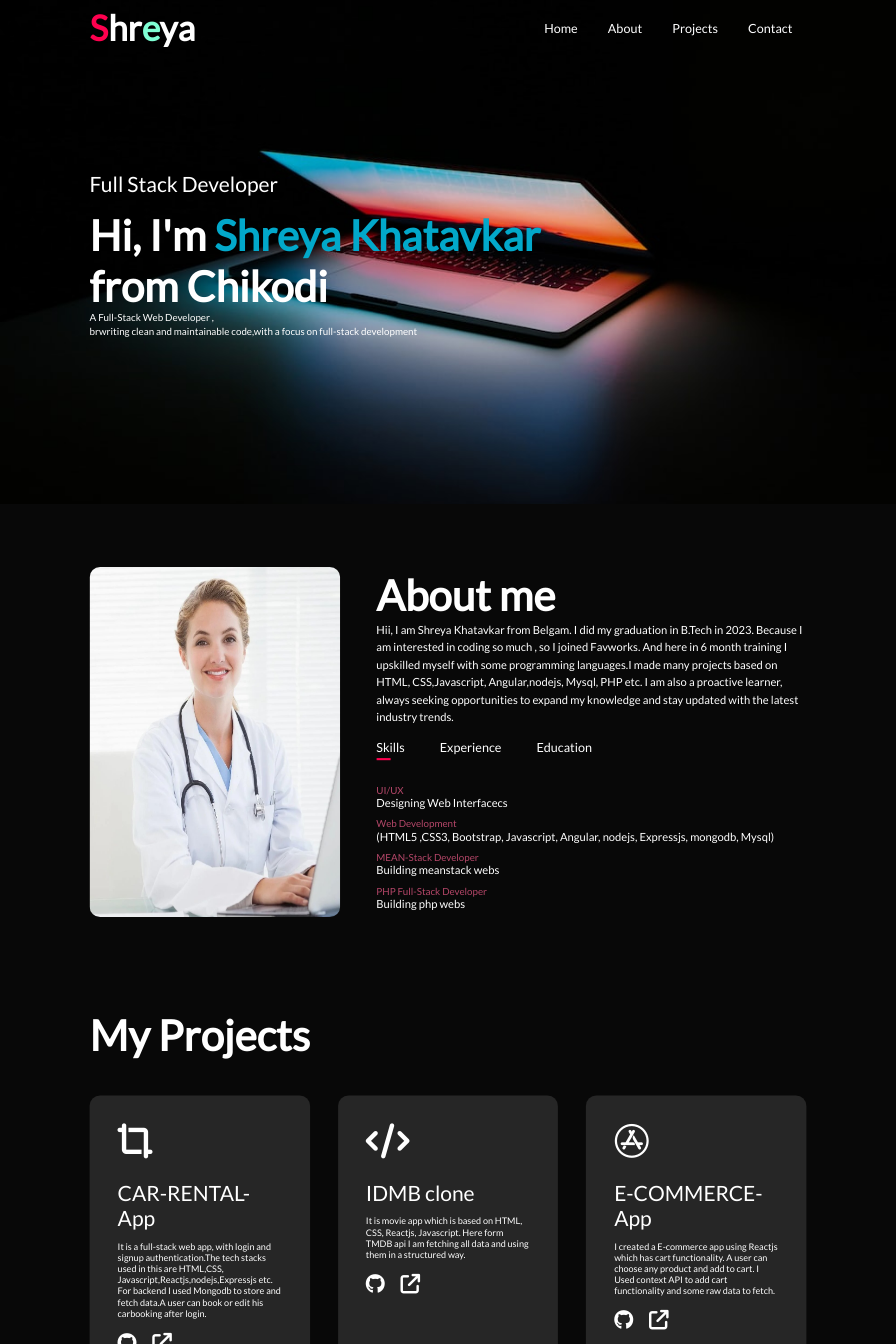
Repository: Shreya-0107/My-Portfoilo
Page: index.html
The author's editor kept a copy of each file at every save. The page is drawn from the files as they stood at one save, then again after the next save.
The browser window is 1280 px wide. The pictures show the part of the page from y = 0 to 1920 px (the page is 3302 px tall), at 70% of full size.
Some web libraries are served in a nearby version.

Above is the page before, as saved 2024-05-03 13:08:48.

### index.html
<!DOCTYPE html>
<html lang="en">

<head>
    <meta charset="UTF-8" />
    <meta name="viewport" content="width=device-width, initial-scale=1.0" />
    <title>My Portfolio</title>
    <link rel="stylesheet" href="style.css" />
    <script src="https://kit.fontawesome.com/2d98b2752b.js" crossorigin="anonymous"></script>
</head>

<body>
    <!-- --------------header------------ -->
    <div id="header">
        <div class="container">
            <nav>
                <h1><span>S</span>hr<span style="color: aquamarine;">e</span>ya</h2>
                    <ul id="sideMenu">
                        <li><a href="#header">Home</a></li>
                        <li><a href="#about">About</a></li>
                        <li><a href="#services">Projects</a></li>
                        <li><a href="#contact">Contact</a></li>
                        <i class="fa-solid fa-circle-xmark" onclick="closeMenu()"></i>
                    </ul>
                    <i class="fa-solid fa-bars" onclick="openMenu()"></i>
            </nav>
            <div class="header-text">
                <p>Full Stack Developer</p>
                <h1>
                    Hi, I'm <span>Shreya Khatavkar</span><br />
                     from Chikodi
                </h1>
                <p style="font-size: 14px; line-height: 20px;">
                    A Full-Stack Web Developer , <br /> brwriting clean and maintainable
                    code,with a focus on full-stack development
                </p>
            </div>
        </div>
    </div>

    <!-- --------------about------------ -->
    <div id="about">
        <div class="container">
            <div class="row">
                <div class="about-col-1">
                    <img src="images/profile.jpg" alt="" />
                </div>
                <div class="about-col-2">
                    <h1 class="subtitle">About me</h1>
                    <p style="line-height: 25px;">
                        Hii, I am Shreya Khatavkar from Belgam. I did my graduation in B.Tech
                        in 2023. Because I am interested in coding so much , so I joined
                        Favworks. And here in 6 month training I upskilled myself with
                        some programming languages.I made many projects based on HTML,
                        CSS,Javascript, Angular,nodejs, Mysql, PHP etc. I am also a proactive learner,
                        always seeking opportunities to expand my knowledge and stay
                        updated with the latest industry trends.
                    </p>

                    <div class="tab-titles">
                        <p class="tab-links active-link" onclick="opentab('skills')">
                            Skills
                        </p>
                        <p class="tab-links" onclick="opentab('Experience')">
                            Experience
                        </p>
                        <p class="tab-links" onclick="opentab('Education')">Education</p>
                    </div>

                    <div class="tab-contents active-tab" id="skills">
                        <ul>
                            <li><span>UI/UX</span><br />Designing Web Interfacecs</li>
                            <li>
                                <span>Web Development</span><br />
                                (HTML5 ,CSS3, Bootstrap, Javascript, Angular, nodejs, Expressjs,
                                mongodb, Mysql)
                            </li>
                            <li>
                                <span>MEAN-Stack Developer</span><br />Building meanstack webs
                            </li>
                            <li>
                                <span>PHP Full-Stack Developer</span><br />Building php webs
                            </li>
                        </ul>
                    </div>
                    <div class="tab-contents" id="Experience">
                        <ul>
                            <li>
                                <span>MEAN Trainee</span><br />
                                Favworks
                            </li>
                            <li><span>0 Experience</span><br />I am a Fresher</li>
                        </ul>
                    </div>
                    <div class="tab-contents" id="Education">
                        <ul>
                            <li>
                                <span>2023-2024</span><br />Web Development at Favworks
                            </li>
                            <li>
                                <span>2019-2022</span><br />B.Tech. from Lorem ipsum dolor sit amet.
                                with 80%
                            </li>
                            <li>
                                <span>2019</span><br />
                                Passed Intermediate exams with 92%
                            </li>
                        </ul>
                    </div>
                </div>
            </div>
        </div>
    </div>

    <!-- -------------------services-------------- -->
    <div id="services">
        <div class="container">
            <h1 class="subtitle">My Projects</h1>
            <div class="services-list">
                <div>
                    <i class="fa-solid fa-crop-simple"></i>
                    <h2>CAR-RENTAL-App</h2>
                    <p>
                        It is a full-stack web app, with login and signup
                        authentication.The tech stacks used in this are HTML,CSS,
                        Javascript,Reactjs,nodejs,Expressjs etc. For backend I used
                        Mongodb to store and fetch data.A user can book or edit his
                        carbooking after login.
                    </p>
                    <a href="/" target="_blank"><i class="fa-brands fa-github"></i></a>
                    <a href="/" target="_blank"><i class="fa-solid fa-arrow-up-right-from-square"></i></a>
                </div>
                <div>
                    <i class="fa-solid fa-code"></i>
                    <h2>IDMB clone</h2>
                    <p>
                        It is movie app which is based on HTML, CSS, Reactjs, Javascript.
                        Here form TMDB api I am fetching all data and using them in a
                        structured way.
                    </p>
                    <a href="/" target="_blank"><i class="fa-brands fa-github"></i></a>
                    <a href="/" target="_blank"><i class="fa-solid fa-arrow-up-right-from-square"></i></a>
                </div>

                <div>
                    <i class="fa-brands fa-app-store"></i>
                    <h2>E-COMMERCE-App</h2>
                    <p>
                        I created a E-commerce app using Reactjs which has cart
                        functionality. A user can choose any product and add to cart. I
                        Used context API to add cart functionality and some raw data to
                        fetch.
                    </p>
                    <a href="/" target="_blank"><i class="fa-brands fa-github"></i></a>
                    <a href="/" target="_blank"><i class="fa-solid fa-arrow-up-right-from-square"></i></a>
                </div>
            </div>
        </div>
    </div>

    <!-- ------------------Portfolio------------------ -->
    <div id="portfolio">
        <div class="container">
            <h1 class="subtitle">Other Projects</h1>
            <div class="worklist">
                <div class="work">
                    <img src="images/work-1.png" alt="" />
                    <div class="layer">
                        <h3>Online Food app</h3>
                        <p>
                            It is a simple HTML CSS Project. I just made UI for this.
                        </p>
                        <a href="/"><i class="fa-brands fa-github"></i></a>
                    </div>
                </div>
                <div class="work">
                    <img src="images/work-2.png" alt="" />
                    <div class="layer">
                        <h3>Image-Search-app</h3>
                        <p>
                            In this app I used Reactjs. Using useEffect and fetch api We can search and see any image.
                        </p>
                        <a href="/"><i class="fa-brands fa-github"></i></a>
                    </div>
                </div>
                <div class="work">
                    <img src="images/work-3.png" alt="" />
                    <div class="layer">
                        <h3>Spotify clone</h3>
                        <p>
                            It is a Spotify clone. Here I used HTML, CSS and Javascript with previous and next
                            functionality. we can play any music.
                        </p>
                        <a href="/"><i class="fa-brands fa-github"></i>
                        </a>
                    </div>
                </div>
            </div>
            <a href="#" class="btn">See more</a>
        </div>
    </div>

    <!-- ------------------contact--------------------- -->
    <div id="contact">
        <div class="container">
            <div class="row">
                <div class="contact-left">
                    <h1 class="subtitle">Contact Me</h1>
                    <p>
                        <i class="fa-solid fa-envelope"></i> &nbsp;
                        &nbsp;khatavkarshreya147@gmail.com
                    </p>
                    <p>
                        <i class="fa-solid fa-square-phone"></i> &nbsp; &nbsp; +91 - 9980466144
                    </p>
                    <div class="social-icons">
                        <a href="/" target="_blank"><i class="fa-brands fa-facebook"></i></a>
                        <a href="/" target="_blank"><i class="fa-brands fa-github"></i></a>
                        <a href="/" target="_blank"><i class="fa-brands fa-instagram"></i></a>
                        <a href="/" target="_blank"><i class="fa-brands fa-linkedin-in"></i></a>
                    </div>
                    <a href="images/Parul_V1.pdf" download class="btn btn2">Download CV</a>
                </div>
                <div class="contact-right">
                    <form name="submit-to-google-sheet">
                        <input type="text" name="name" placeholder="Your Name" required />
                        <input type="email" name="email" placeholder="Your Email Id" required />
                        <textarea name="message" rows="6" placeholder="Your message"></textarea>
                        <button type="submit" class="btn btn2">Submit</button>
                    </form>
                    <span id="msg"></span>
                </div>
            </div>
        </div>
    </div>

    <script src="script.js"></script>
</body>

</html>

### style.css
@import url("https://fonts.googleapis.com/css2?family=Lato&display=swap");
* {
  padding: 0;
  margin: 0;
  box-sizing: border-box;
}
html {
  scroll-behavior: smooth;
}
body {
  background-color: #080808;
  color: #fff;
  font-family: "Lato", sans-serif;
}
#header {
  width: 100%;
  height: 100vh;
  background-image: url(images/bg.jpg);
  background-size: cover;
  background-position: center;
}
.container {
  padding: 10px 10%;
}
nav {
  display: flex;
  justify-content: space-between;
  align-items: center;
  flex-wrap: wrap;
}
nav h1 {
  font-size: 50px;
}
nav h1 span {
  color: #ff004f;
}
nav ul li {
  display: inline-block;
  list-style: none;
  margin: 10px 20px;
}
nav ul li a {
  text-decoration: none;
  color: white;
  font-size: 18px;
  position: relative;
}
nav ul li a::after {
  content: "";
  width: 0;
  height: 3px;
  position: absolute;
  left: 0;
  bottom: -6px;
  background: #ff004f;
  transition: 0.5s;
}
nav ul li a:hover::after {
  width: 100%;
}
.header-text {
  font-size: 30px;
  margin-top: 17%;
}
.header-text h1 {
  font-size: 60px;
  margin-top: 20px;
}
.header-text h1 span {
  color: #02A8CA;
}

/* ---------------about-------------- */
#about {
  padding: 80px 0;
}
.row {
  display: flex;
  justify-content: space-between;
  align-items: center;
}
.about-col-1 {
  flex-basis: 35%; /*width*/
}
.about-col-1 img {
  width: 100%;
  border-radius: 15px;
  height: 500px;
}
.about-col-2 {
  flex-basis: 60%; /* total 95% means 5% for space btw them*/
}
.subtitle {
  font-size: 60px;
  color: white;
  font-weight: 600;
}

.tab-titles {
  display: flex;
  margin: 20px 0px 40px;
}
.tab-links {
  margin-right: 50px;
  font-size: 18px;
  font-weight: 500;
  cursor: pointer;
  position: relative;
}
.tab-links::after {
  content: "";
  width: 0;
  height: 3px;
  position: absolute;
  background: #ff004f;
  left: 0;
  bottom: -8px;
  transition: 0.5s;
}
.tab-links.active-link::after {
  width: 50%;
}
.tab-contents ul li {
  list-style: none;
  margin: 10px 0;
}
.tab-contents ul li span {
  color: #b54769;
  font-size: 14px;
}
.tab-contents {
  display: none;
}

.tab-contents.active-tab {
  display: block;
}

/* -------------Services--------------- */
#services {
  padding: 30px 0;
}
.services-list {
  display: grid;
  grid-template-columns: repeat(auto-fit, minmax(250px, 1fr));
  grid-gap: 40px;
  margin-top: 50px;
}
.services-list div {
  padding: 40px;
  background-color: #262626;
  font-size: 13px;
  font-weight: 300;
  border-radius: 15px;
  transition: background 0.5s, transform 0.5s;
}
.services-list div i {
  font-size: 50px;
  margin-bottom: 30px;
}
.services-list div h2 {
  font-size: 30px;
  font-weight: 500;
  margin-bottom: 15px;
}
.services-list div a {
  text-decoration: none;
  color: white;
  font-size: 8px;
  margin-top: 20px;
  margin-right: 20px;
  display: inline-block;
}

.services-list div:hover {
  background: #ff004f;
  transform: translateY(-10px);
}
.services-list div a i {
  font-size: 28px;
}
/* -----------------Portfolio----------------- */
#portfolio {
  padding: 50px 0;
}
.worklist {
  display: grid;
  grid-template-columns: repeat(auto-fit, minmax(250px, 1fr));
  grid-gap: 40px;
  margin-top: 50px;
}
.work {
  position: relative;
  overflow: hidden;
  border-radius: 10px;
}
.work img {
  width: 100%;
  border-radius: 10px;
  display: block;
  transition: transform 0.5s;
}
.layer {
  height: 0;
  width: 100%;
  background: linear-gradient(rgb(0, 0, 0, 0.6), #ff004f);
  border-radius: 10px;
  position: absolute;
  left: 0;
  bottom: 0;
  overflow: hidden;
  display: flex;
  align-items: center;
  justify-content: center;
  flex-direction: column;
  padding: 0 40px;
  text-align: center;
  font-size: 14px;
  transition: height 0.5s;
}
.layer h3 {
  font-weight: 500;
  margin-bottom: 20px;
}
.layer a {
  margin-top: 20px;
  color: #ff004f;
  font-size: 18px;
  line-height: 60px;
  text-decoration: none;
  background-color: #fff;
  width: 60px;
  height: 60px;
  border-radius: 50%;
  text-align: center;
}
.work:hover img {
  transform: scale(1.1);
}
.work:hover .layer {
  height: 100%;
}
.btn {
  display: block;
  margin: 50px auto;
  padding: 14px 50px;
  width: fit-content;
  border: 1px solid #ff004f;
  border-radius: 6px;
  color: white;
  text-decoration: none;
  transition: background 0.5s;
}
.btn:hover {
  background-color: #ff004f;
}

/* ----------------contact------------- */

.contact-left {
  flex-basis: 35%;
}

.contact-right {
  flex-basis: 50%;
}
.contact-left p {
  margin-top: 30px;
}
.contact-left p i {
  font-size: 20px;
  color: #ff004f;
  margin-right: 10px;
}
.social-icons {
  margin-top: 30px;
  display: flex;
  gap: 20px;
}
.social-icons a {
  text-decoration: none;
  color: #ababab;
  margin-right: 15px;
  font-size: 25px;
  transition: transform 0.5s;
}
.social-icons a:hover {
  color: #ff004f;
  transform: translateY(-5px);
}
.btn.btn2 {
  display: inline-block;
  background: #ff004f;
  width: 100%;
}
.contact-right form {
  width: 100%;
}
.contact-right input,
form textarea {
  width: 100%;
  border: 0;
  outline: none;
  background: #262626;
  padding: 15px;
  margin: 15px 0;
  color: white;
  font-size: 18px;
  border-radius: 6px;
}
form .btn2 {
  padding: 14px 60px;
  margin-top: 20px;
  font-size: 18px;
  cursor: pointer;
}

/* ----------------css for small screens--------------- */
nav .fa-circle-xmark {
  display: none;
}
nav .fa-bars {
  display: none;
}

@media only screen and (max-width: 600px) {
  #header {
    background-image: url(images/phone-background.png);
  }
  .header-text {
    margin-top: 100%;
    font-size: 18px;
  }
  .header-text h1 {
    font-size: 30px;
  }
  nav .fa-circle-xmark {
    display: block;
    font-size: 25px;
  }
  nav .fa-bars {
    display: block;
    font-size: 25px;
  }
  nav ul {
    position: fixed;
    background: #ff004f;
    top: 0;
    right: -200px;
    height: 100vh;
    width: 200px;
    padding-top: 50px;
    z-index: 2;
    transition: right 0.6s;
  }
  nav ul li {
    display: block;
    margin: 25px;
  }
  nav ul .fa-circle-xmark {
    position: absolute;
    top: 25px;
    left: 25px;
    cursor: pointer;
  }
  .about-col-1,
  .about-col-2 {
    flex-basis: 100%;
  }
  .subtitle {
    font-size: 40px;
  }
  .about-col-1 {
    margin-bottom: 30px;
  }
  .row {
    display: flex;
    flex-direction: column;
  }
  .about-col-1 img {
    width: 100%;
    display: block;
  }

  .about-col-2 {
    font-size: 14px;
  }
  .tab-links {
    font-size: 16px;
    margin-right: 20px;
  }
  .contact-left,
  .contact-right {
    flex-basis: 100%;
  }
}
#msg {
  color: #61b752;
  margin-top: -40px;
  display: block;
}

### script.js
let tablinks = document.getElementsByClassName("tab-links");
let tabcontents = document.getElementsByClassName("tab-contents");
function opentab(tab) {
  for (tablink of tablinks) {
    tablink.classList.remove("active-link");
  }
  for (tabcontent of tabcontents) {
    tabcontent.classList.remove("active-tab");
  }
  event.currentTarget.classList.add("active-link");
  document.getElementById(tab).classList.add("active-tab");
}

// handling menu bar
let sideMenu = document.getElementById("sideMenu");
function closeMenu() {
  sideMenu.style.right = "-200px";
}
function openMenu() {
  sideMenu.style.right = "0";
}

const scriptURL =
  "https://script.google.com/macros/s/AKfycbxMTOxEiFjc0hUrgWN9mQ-5n47-T5l_UMVKfV8-yn7yE-N2vm1oDMacEvlSgU707DB62A/exec";
const form = document.forms["submit-to-google-sheet"];
const msg = document.getElementById("msg");

form.addEventListener("submit", (e) => {
  e.preventDefault();
  fetch(scriptURL, { method: "POST", body: new FormData(form) })
    .then((response) => {
      msg.innerHTML = "Message sent successfully";
      setTimeout(() => {
        msg.innerHTML = "";
      }, 5000);
      form.reset();
    })
    .catch((error) => console.error("Error!", error.message));
});

After the next save:
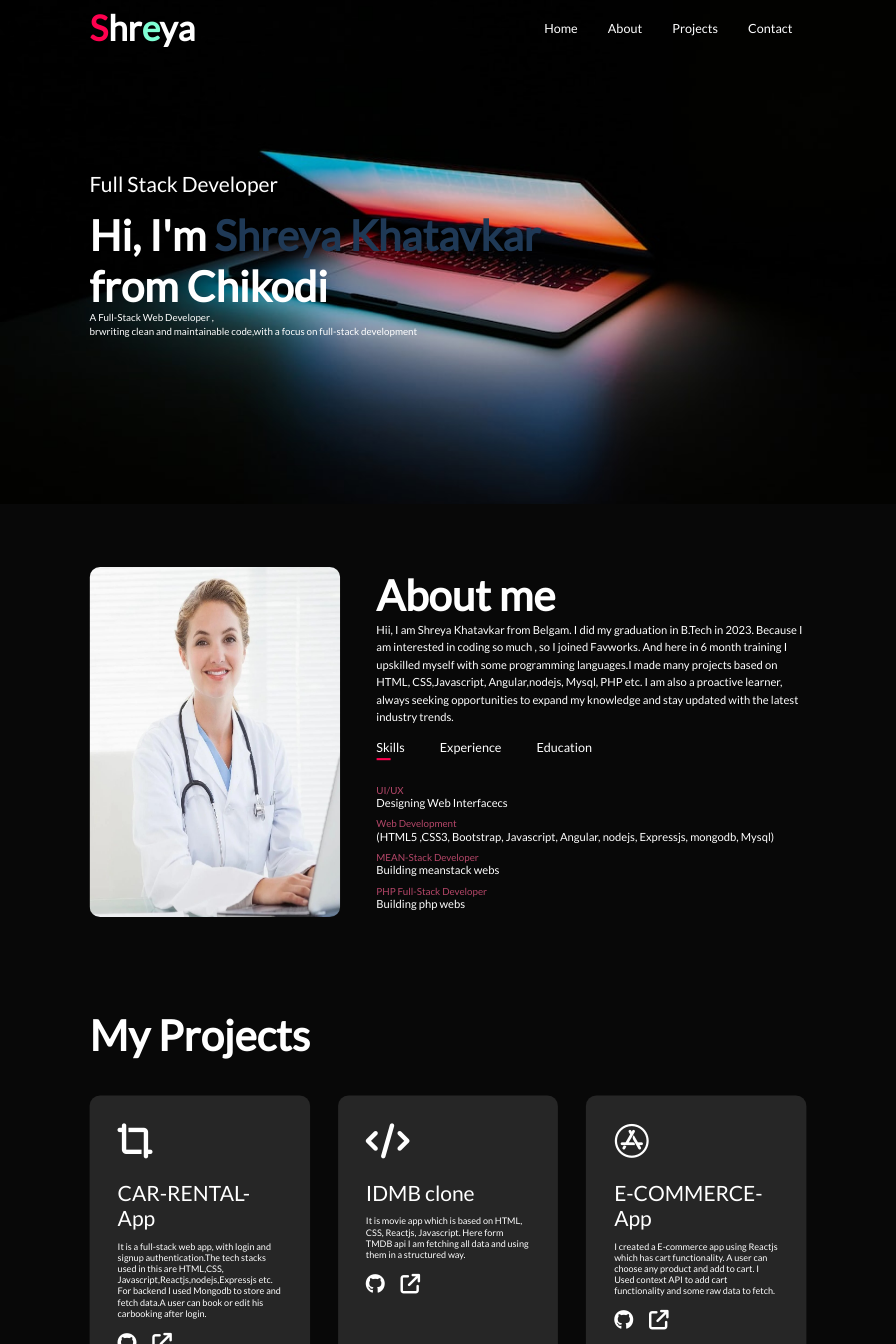
Saved 33 s later.
--- a/style.css
+++ b/style.css
@@ -67,7 +67,7 @@ nav ul li a:hover::after {
   margin-top: 20px;
 }
 .header-text h1 span {
-  color: #02A8CA;
+  color: #1F3956;
 }
 
 /* ---------------about-------------- */
